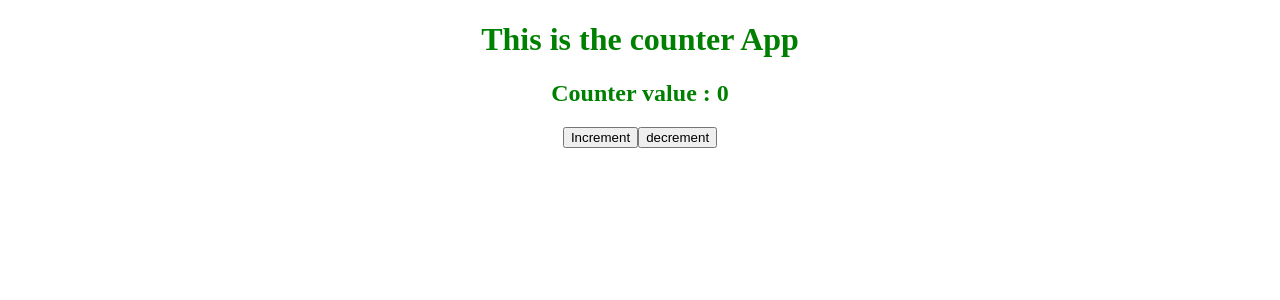
Repository: Gauravyadav678/GcounterApp
Page: / (app in gcounter/)
These files come from the project's save history. The page is drawn as it stood at one moment and after the next save; the edit follows.
The browser window is 1280 px wide. The pictures show the whole page.
The project was rebuilt for these pictures with package versions that can differ from the ones it lists, and the page was loaded fresh each time. Also part of the build but not shown: gcounter/src/index.css.

Above is the page before, as saved 2024-10-22 19:51:46.

### gcounter/public/index.html
<!DOCTYPE html>
<html lang="en">
  <head>
    <meta charset="utf-8" />

    <meta name="viewport" content="width=device-width, initial-scale=1" />
    <meta name="theme-color" content="#000000" />


  </head>
  <body>

    <div id="root"></div>
  </body>
</html>

### gcounter/src/App.js

import './App.css';
import CounterApp from './counter';


function App() {
  return (
    <div className="App">
      <>
      <h1>This is the counter App</h1>
      <CounterApp/>

      </>
    </div>
  );
}

export default App;

### gcounter/src/App.css
.App{
  text-align: center;
  color: green;
}

### gcounter/src/counter.js
import React, {useState } from 'react';

function CounterApp(){

    const [count, setCount]=useState(0);

    const increment=()=>{
        setCount(count+1);
    }

    const decrement = () => {
        setCount(count-1);
    }
    return(
        <>
        <h2>Counter value : {count}</h2>
        <button onClick={increment}>Increment</button>
        <button onClick={decrement}>decrement</button>
        </>
    )
}

export default CounterApp;

### gcounter/src/components/typing.js
import React , {useState} from "react";

function TypingWithG () {
    return(
        <>
        <h2> this Is the Typing Section </h2>

        </>
    )
}

export default TypingWithG;

Loaded but not shown: gcounter/src/index.js (common file); gcounter/src/reportWebVitals.js (common file)

After the next save:
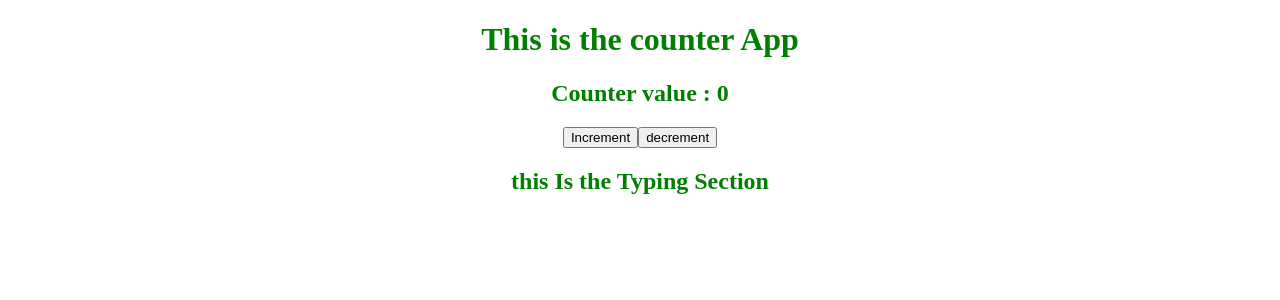
Saved 10 s later.
--- a/gcounter/src/App.js
+++ b/gcounter/src/App.js
@@ -1,5 +1,6 @@
 
 import './App.css';
+import TypingWithG from './components/typing';
 import CounterApp from './counter';
 
 
@@ -9,7 +10,7 @@ function App() {
       <>
       <h1>This is the counter App</h1>
       <CounterApp/>
-
+     <TypingWithG/>
       </>
     </div>
   );
